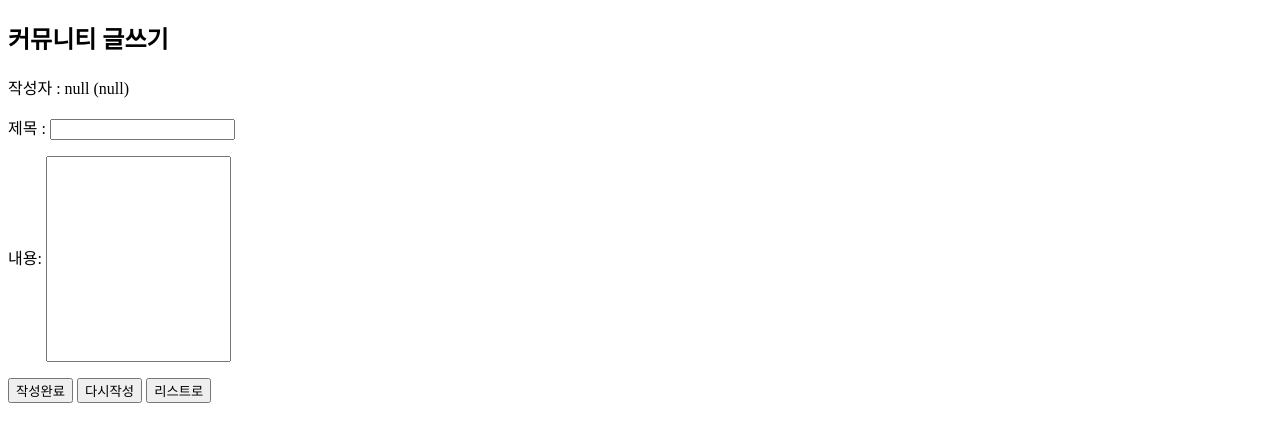
Repository: Blair-Kim/JSP
Page: http://localhost/Day4/board/write.jsp
An editor plug-in stored every save of this project. The page is shown before and after the next save, followed by the edit.
The browser window is 1280 px wide. The pictures show the whole page.
The page is served by Tomcat 9. Other server files are loaded and not shown.

Above is the page before, as saved 2022-01-18 01:42:16.

### Day4/WebContent/board/write.jsp
<%@ page language="java" contentType="text/html; charset=UTF-8"
    pageEncoding="UTF-8"%>
<%
    String userid = null;
	String name = null;
	String idx = null;
	if(session.getAttribute("userid") != null){
		userid = (String)session.getAttribute("userid");
		name = (String)session.getAttribute("name");
		idx = (String)session.getAttribute("idx");
	}
%>
<!DOCTYPE html>
<html>
<head>
<meta charset="UTF-8">
<title>커뮤니티 - 글쓰기</title>
</head>
<body>
	<h2>커뮤니티 글쓰기</h2>
	<form action="./wirte_ok.jsp" method="post" name="regform" id="regform" onsubmit="return sendit()">
        <input type="hidden" id="isidcheck" value="n">
        <input type="hidden" id="isssn" value="n">
        <p>작성자 : <%=userid%> (<%=name%>)</p>
        <p>제목 : <input type="text" name="b_title" id="b_title" maxlength="200"></p>
        <p>내용: <input type="text" name="b_content" id="b_title" maxlength="2000" style="height:200px"></p>
        <p><input type="submit" value="작성완료"> <input type="reset" value="다시작성"> <input type="button" value="리스트로" onclick="location.href='./list.jsp'"></p>
    </form>

	<!--
		form action : write_ok.jsp
		작성자 : session.getAttribute("userid")
		제목 : b_title
		내용 : b_content

		write_ok.jsp -> list.jsp
		db insert
	 -->
</body>
</html>

After the next save:
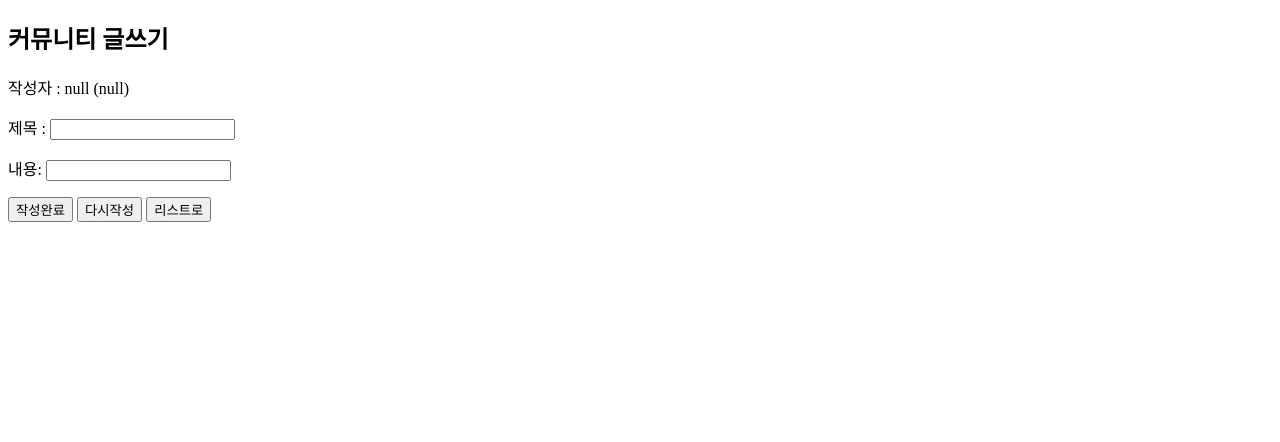
Saved 6 s later.
--- a/Day4/WebContent/board/write.jsp
+++ b/Day4/WebContent/board/write.jsp
@@ -23,7 +23,7 @@
         <input type="hidden" id="isssn" value="n">
         <p>작성자 : <%=userid%> (<%=name%>)</p>
         <p>제목 : <input type="text" name="b_title" id="b_title" maxlength="200"></p>
-        <p>내용: <input type="text" name="b_content" id="b_title" maxlength="2000" style="height:200px"></p>
+        <p>내용: <input type="text" name="b_content" id="b_title" maxlength="2000"></p>
         <p><input type="submit" value="작성완료"> <input type="reset" value="다시작성"> <input type="button" value="리스트로" onclick="location.href='./list.jsp'"></p>
     </form>
 
